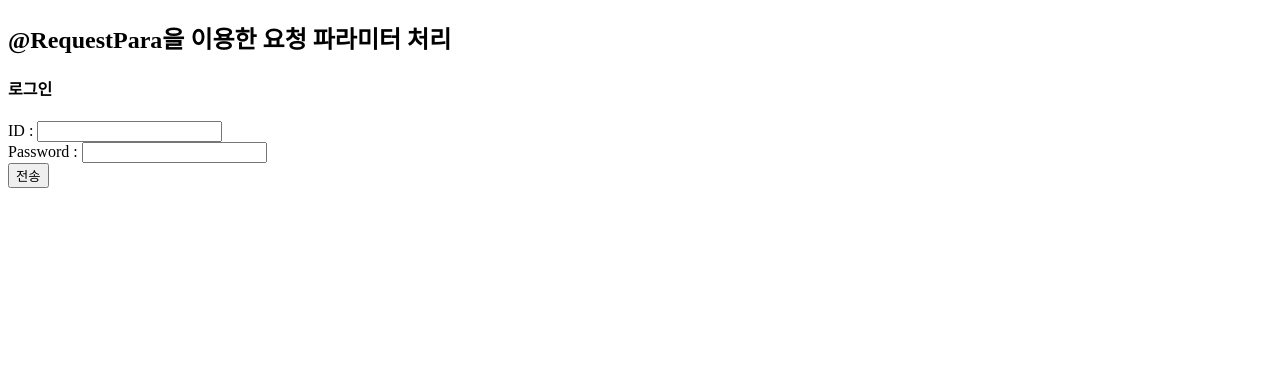
Repository: fellownew/framework_workspace
Page: http://localhost/spring_mvc_03_annotation/param/requestForm.do
An editor plug-in stored every save of this project. The page is shown before and after the next save, followed by the edit.
The browser window is 1280 px wide. The pictures show the whole page.
The page is served by Tomcat 9.

Above is the page before, as saved 2015-05-13 07:42:59.

After the next save:
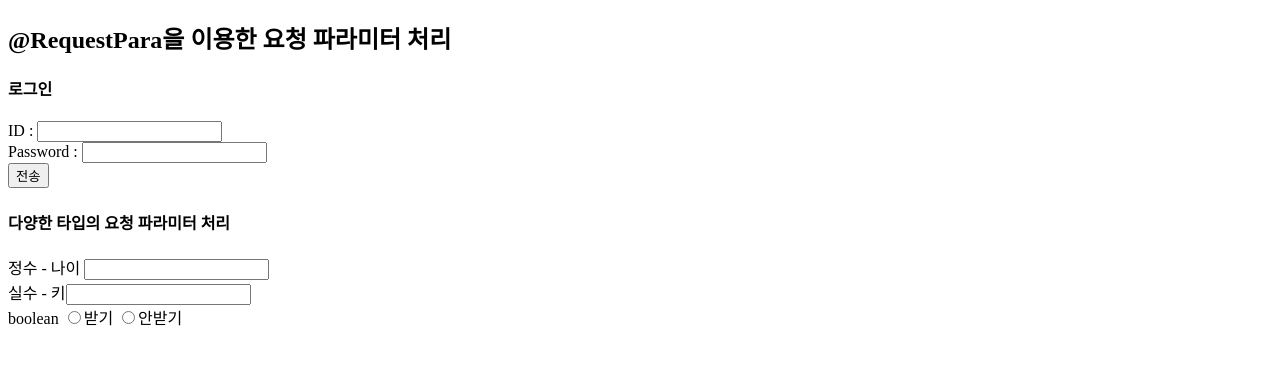
Saved 30 min 51 s later.
--- a/spring_mvc_03_annotation/WebContent/WEB-INF/view/request_form.jsp
+++ b/spring_mvc_03_annotation/WebContent/WEB-INF/view/request_form.jsp
@@ -12,6 +12,14 @@
 		ID : <input type="text" name="id"><br>
 		Password : <input type="password" name="password"><br>
 		<input type="submit" value="전송">
+	</form>
+<h4>다양한 타입의 요청 파라미터 처리</h4>
+	<form action="variousType.do">
+		정수 - 나이 <input type="text" name="age"><br>
+		실수 - 키<input type="text" name="tall"><br>
+		boolean <input type="radio" value="true" name="mailing">받기
+				<input type="radio" value="false" name="mailing">안받기
+
 
 	</form>
 
